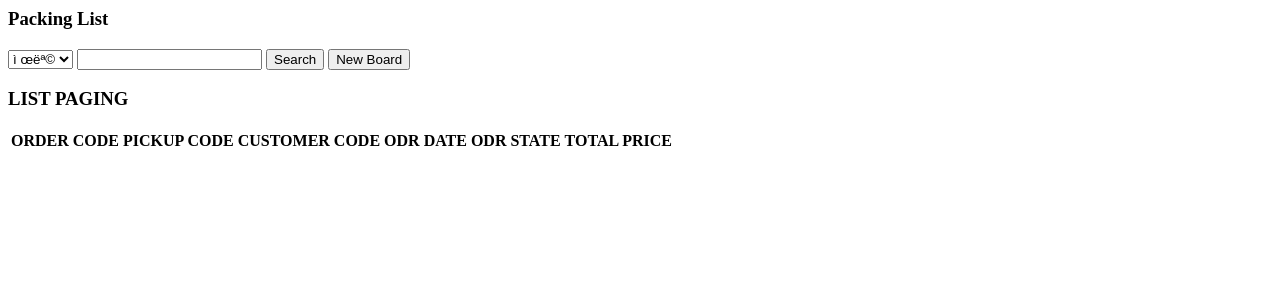
Repository: hjkim/HandsFreeInStarField
Page: http://localhost/HFSF/WEB-INF/views/admin.jsp
These files come from the project's save history. The page is drawn as it stood at one moment and after the next save; the edit follows.
The browser window is 1280 px wide. The pictures show the whole page.
The page is served by Tomcat 9. Nobody is signed in. Other server files are loaded and not shown. The template is opened directly, without the code that normally fills it, so the values that code supplies are empty.

Above is the page before, as saved 2019-08-26 08:58:56.

### HFSF/src/main/webapp/WEB-INF/views/admin.jsp
<%@ taglib uri="http://java.sun.com/jsp/jstl/core" prefix="c" %>
<%@ page session="false" %>
<html>
<head>
	<title>Home</title>
</head>
<body>
<section class="content">
	<div class="row">
		<!-- left column -->
		<div class="col-md-12">
			<!-- general form elements -->
			<div class='box'>
				<div class="box-header with-border">
					<h3 class="box-title">Packing List</h3>
				</div>
				<div class='box-body'>
					<!-- 추가  -->
					<select name="searchType" id="searchType">
						<option value="title">제목</option>
						<option value="writer">작성자</option>
					</select>
					<input type="text" name='searchKeyword' id="searchKeyword">
					<button id='searchBtn'>Search</button>
					<!-- 기존 -->
					<button id='newBtn'>New Board</button>
				</div>



			</div>
			<div class="box">
				<div class="box-header with-border">
					<h3 class="box-title">LIST PAGING</h3>
				</div>
				<div class="box-body">
					<table class="table table-bordered">
						<tr>
							<th>ORDER CODE</th>
							<th>PICKUP CODE</th>
							<th>CUSTOMER CODE</th>
							<th>ODR DATE</th>
							<th>ODR STATE</th>
							<th>TOTAL PRICE</th>
						</tr>

						<tbody id="tbody">
						<c:forEach items="${list}" var="adminVO">

							<tr>
								<td>${adminVO.ord_id}</td>
								<td>${adminVO.pickup_id}</td>
								<td>${adminVO.customer_id}</td>
								<td>${adminVO.odr_date}</td>
								<td>${adminVO.odr_state}</td>
								<td>${adminVO.total_price}</td>
							</tr>

						</c:forEach>
						</tbody>
					</table>
				</div>
				<!-- /.box-body -->



			</div>
		</div>
	</div>
</section>
</body>
</html>

After the next save:
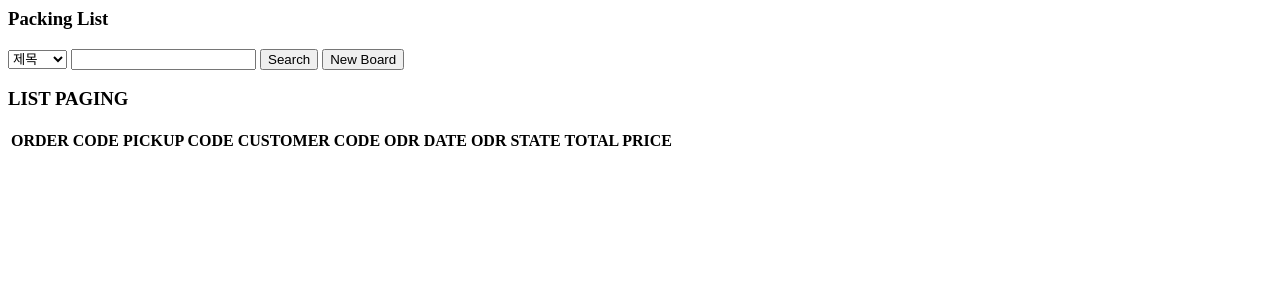
Saved 2 min 42 s later.
--- a/HFSF/src/main/webapp/WEB-INF/views/admin.jsp
+++ b/HFSF/src/main/webapp/WEB-INF/views/admin.jsp
@@ -1,5 +1,5 @@
-<%@ taglib uri="http://java.sun.com/jsp/jstl/core" prefix="c" %>
-<%@ page session="false" %>
+<%@ page language="java" contentType="text/html; charset=UTF-8"
+	pageEncoding="UTF-8"%>
 <html>
 <head>
 	<title>Home</title>
